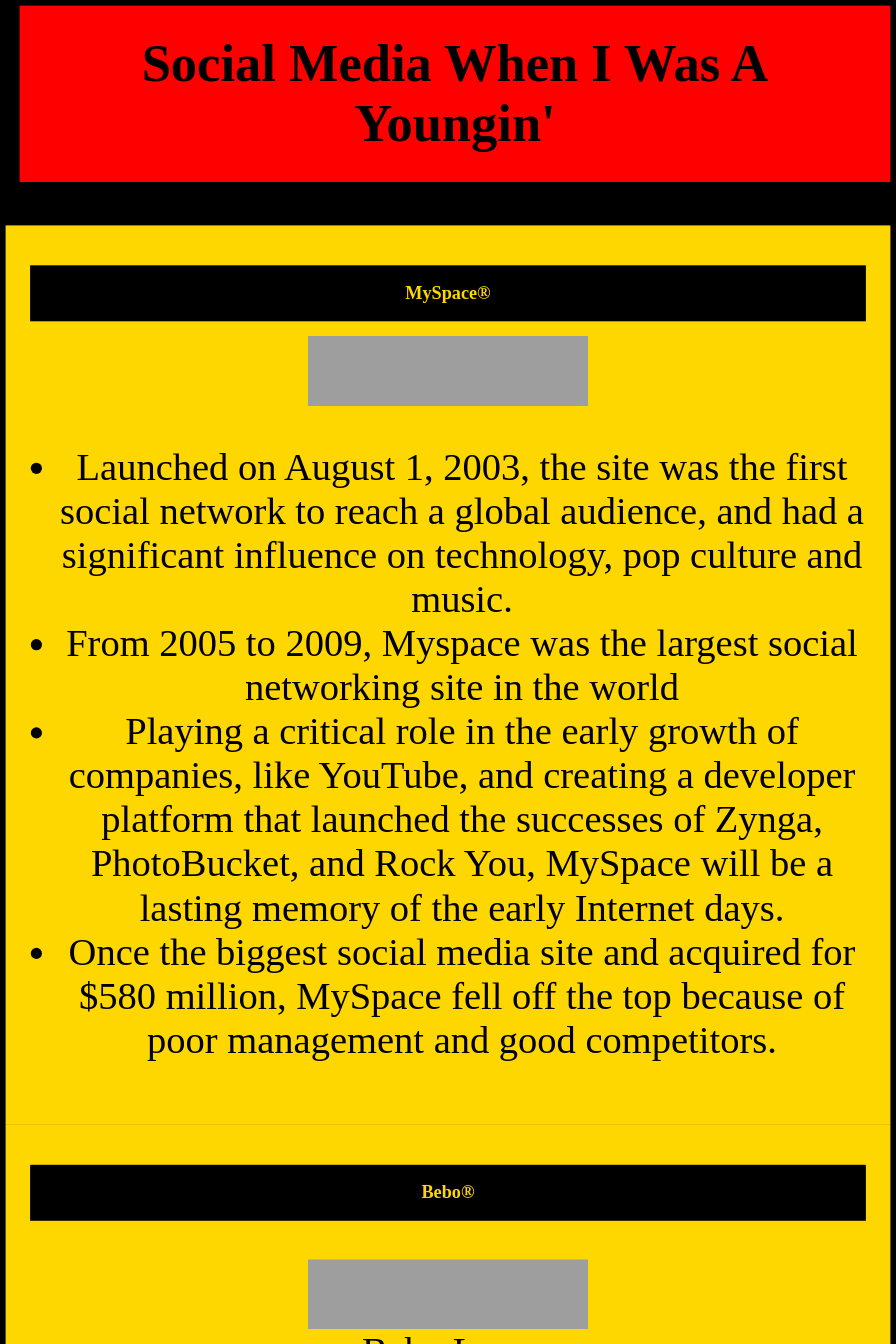
Repository: AndrewGrantt/LC101
Page: LC101/js-assignment-4-html-me-something-buffylow/index.html
The author's editor kept a copy of each file at every save. The page is drawn from the files as they stood at one save, then again after the next save.
The browser window is 1280 px wide. The pictures show the part of the page from y = 0 to 1920 px (the page is 6500 px tall before and 4053 px after), at 70% of full size.
Pictures or frames that could not be fetched are drawn as grey boxes.

Above is the page before, as saved 2022-07-15 07:03:09.

After the next save:
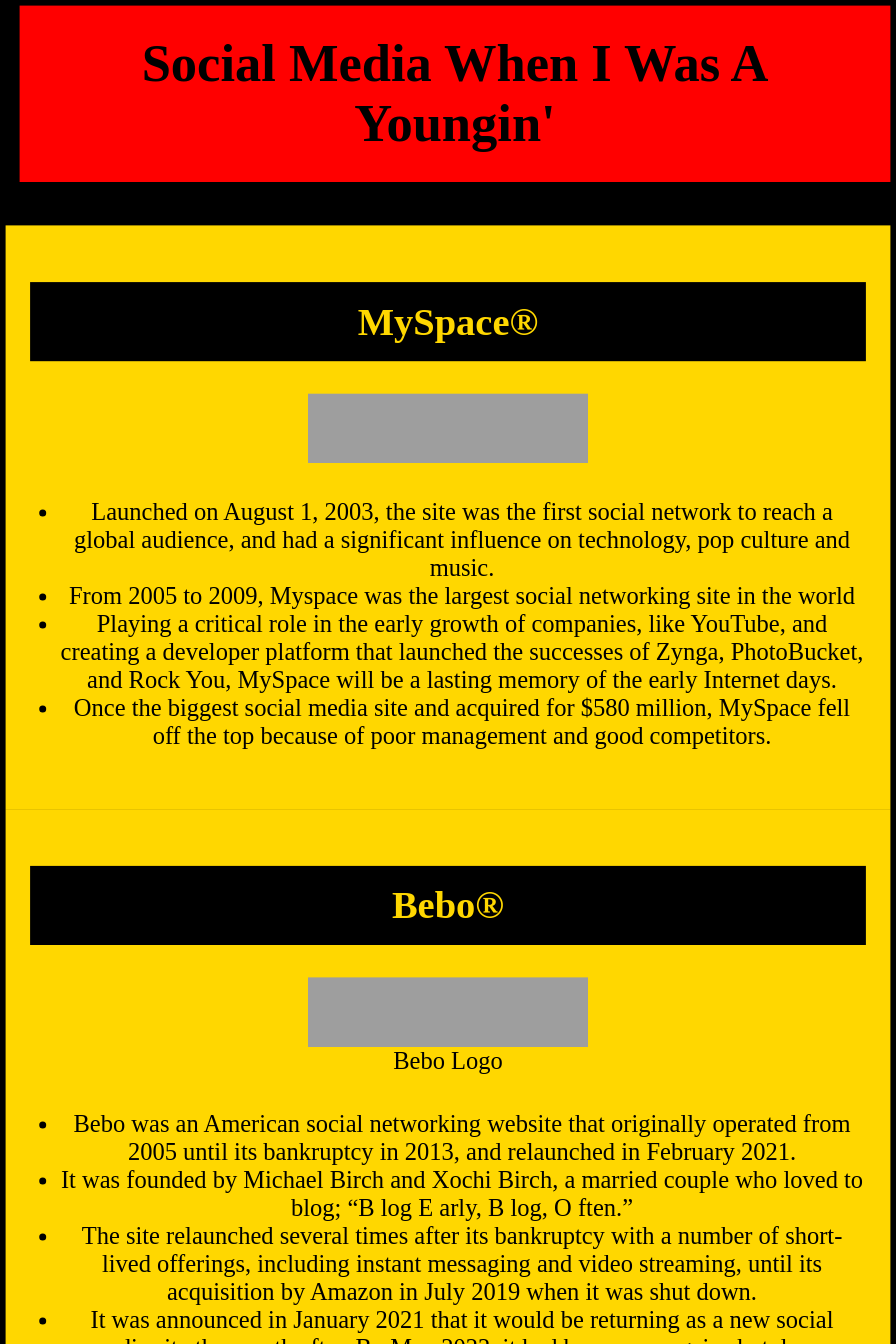
Saved 45 s later.
--- a/LC101/js-assignment-4-html-me-something-buffylow/styles.css
+++ b/LC101/js-assignment-4-html-me-something-buffylow/styles.css
@@ -14,7 +14,7 @@
     text-align: center;
     padding: 35px;
     background-color: gold;
-    font-size: 55px;
+    font-size: 35px;
   }
   p {
     margin-top: 50px;
@@ -40,6 +40,6 @@
         color:gold;
         padding: 25px;
         background-color: black;
-        font-size: 26px;
+        font-size: 55px;
 
     }
